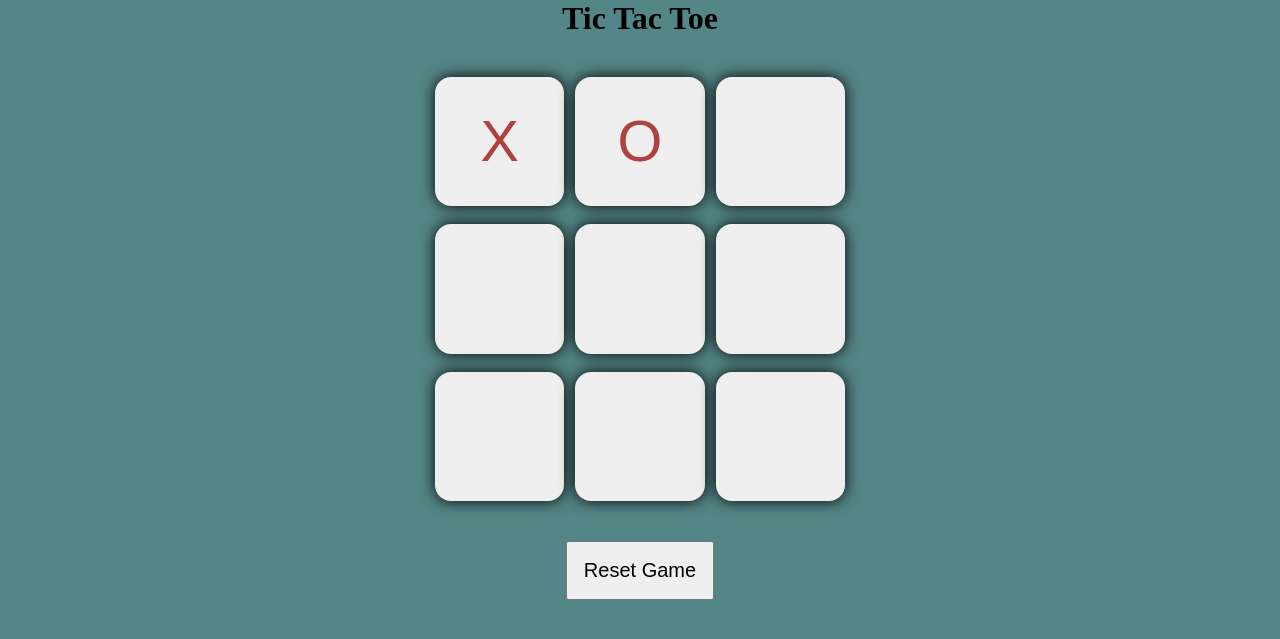
Repository: pankaj-shaw05/Tic-Tac-Toe
Page: index.html
The author's editor kept a copy of each file at every save. The page is drawn from the files as they stood at one save, then again after the next save.
The browser window is 1280 px wide. The pictures show the whole page.

Above is the page before, as saved 2026-04-07 08:23:36.

After the next save:
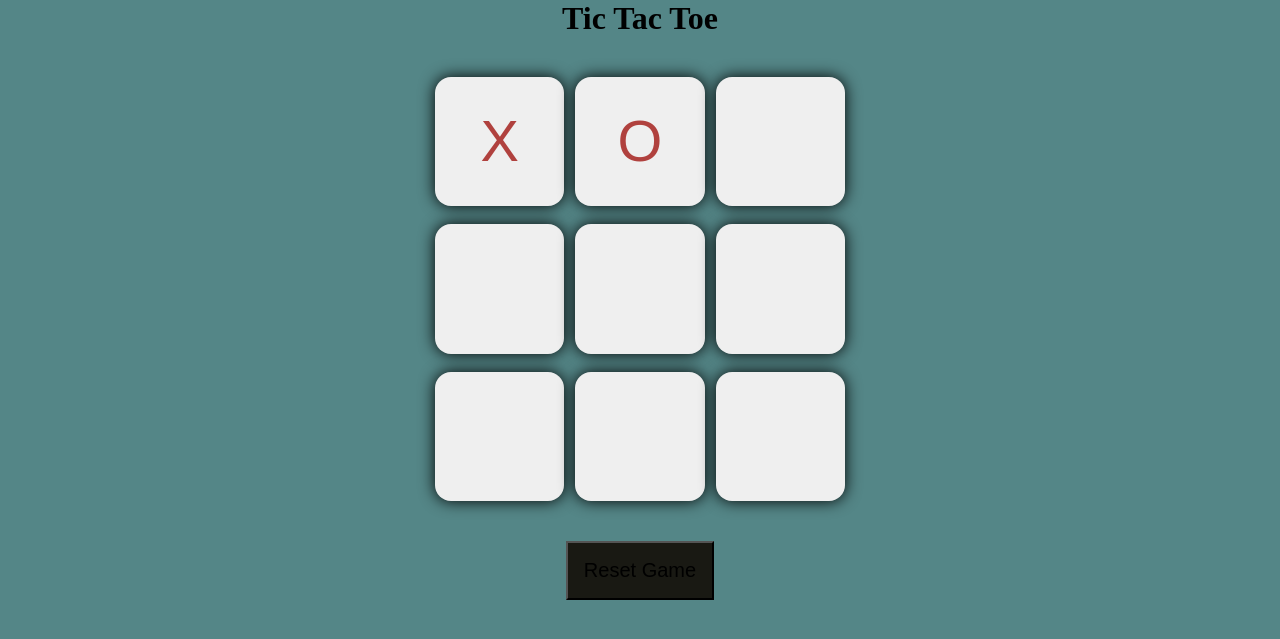
Saved 39 s later.
--- a/style.css
+++ b/style.css
@@ -39,4 +39,5 @@ body {
 #reset-btn {
     padding: 1rem;
     font-size: 1.25rem;
+    background-color: #191913;
 }
